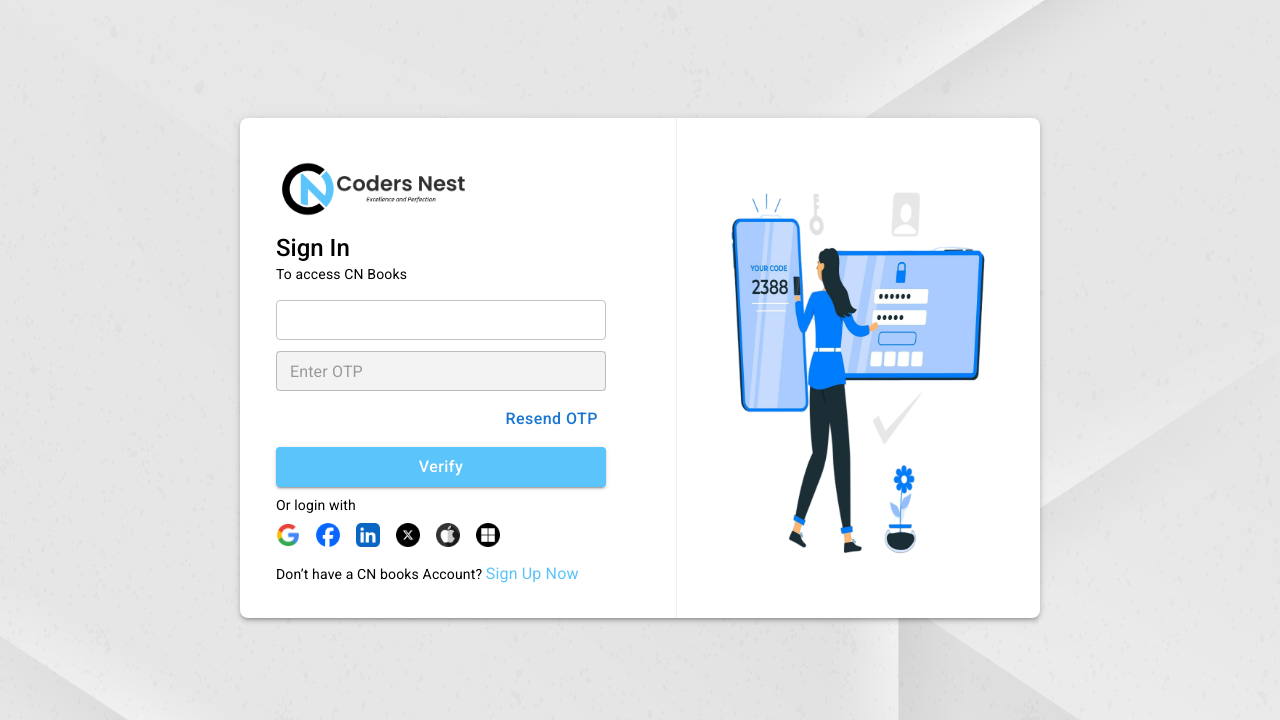
Repository: wajahadalishaik04/CN_Books
Page: /otpscreen
These files come from the project's save history. The page is drawn as it stood at one moment and after the next save; the edit follows.
The browser window is 1280 px wide. The pictures show the whole page.
The project was rebuilt for these pictures with package versions that can differ from the ones it lists, and the page was loaded fresh each time. Also part of the build but not shown: vite.config.js, src/pages/LoginScreen.jsx, src/pages/Signin.jsx, src/pages/SignUp.jsx, src/pages/VerifyScreen.jsx, src/components/Header.jsx, src/components/SideBar.jsx, src/components/Content.jsx and 7 more.

Above is the page before, as saved 2024-09-30 18:13:00.

After the next save:
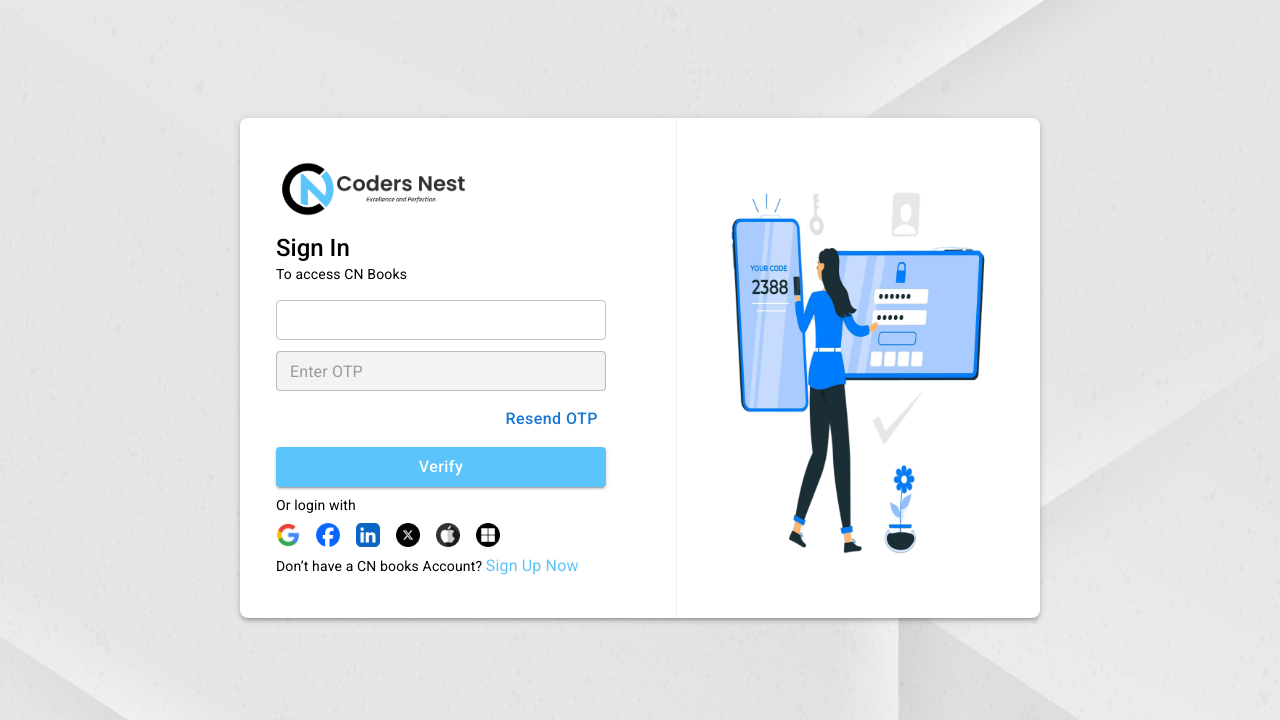
Saved 5 s later.
--- a/src/pages/OtpScreen.jsx
+++ b/src/pages/OtpScreen.jsx
@@ -198,7 +198,7 @@ const OtpScreen = () => {
               <img src={images.appleicon} width={24} alt="appleicon" />
               <img src={images.windowsicon} width={24} alt="windowsicon" />
             </Box>
-            <Typography variant="body2" sx={{ fontWeight: 400 }} mt={2}>
+            <Typography variant="body2" sx={{ fontWeight: 400 }} mt={1}>
               Don’t have a CN books Account?{" "}
               <Link
                 to={"/signup"}
